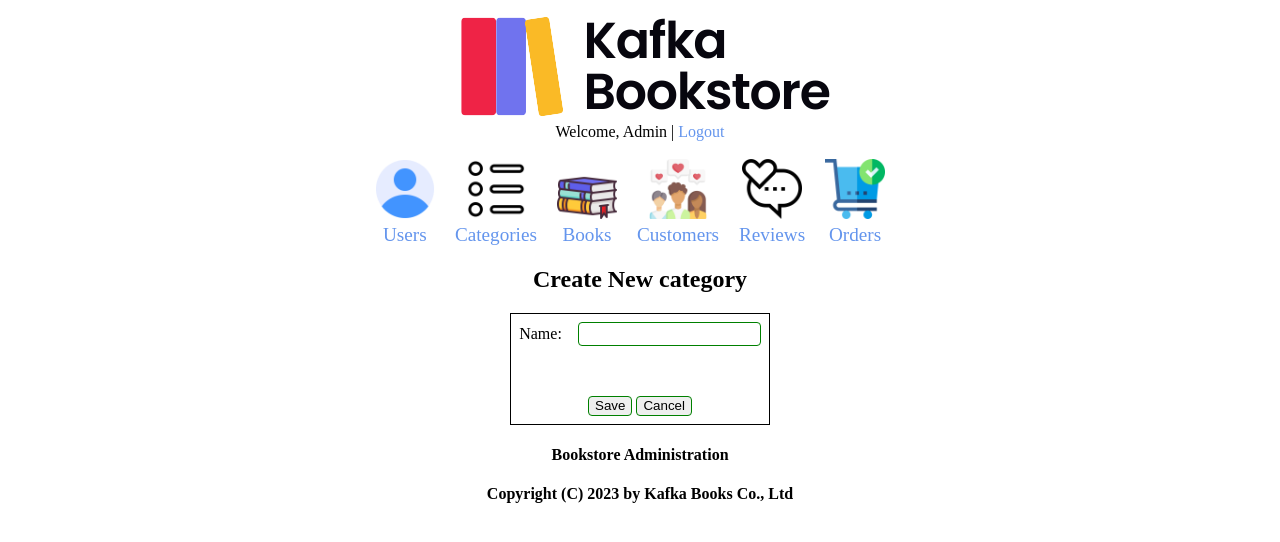
Repository: janvi2502/BookStore
Page: http://localhost/BookStoreWebsite/admin/category_form.jsp
An editor plug-in stored every save of this project. The page is shown before and after the next save, followed by the edit.
The browser window is 1280 px wide. The pictures show the whole page.
The page is served by Tomcat 10. Nobody is signed in. The application's start-up code is not run. The template is opened directly, without the code that normally fills it, so the values that code supplies are empty.

Above is the page before, as saved 2023-12-28 14:15:29.

After the next save:
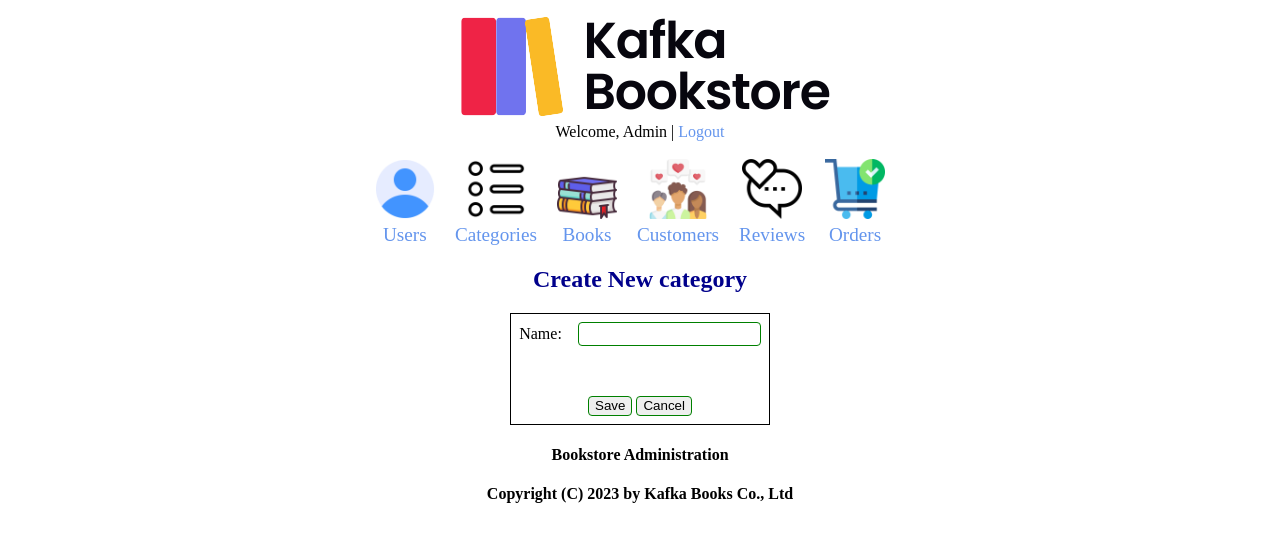
Saved 50 s later.
--- a/BookStoreWebsite/WebContent/admin/category_form.jsp
+++ b/BookStoreWebsite/WebContent/admin/category_form.jsp
@@ -20,7 +20,7 @@
 	<jsp:directive.include file="header.jsp" />
 
 	<div align="center">
-		<h2>
+		<h2 class="pageheading">
 			<c:if test="${category != null}">
 				Edit category
 			</c:if>
